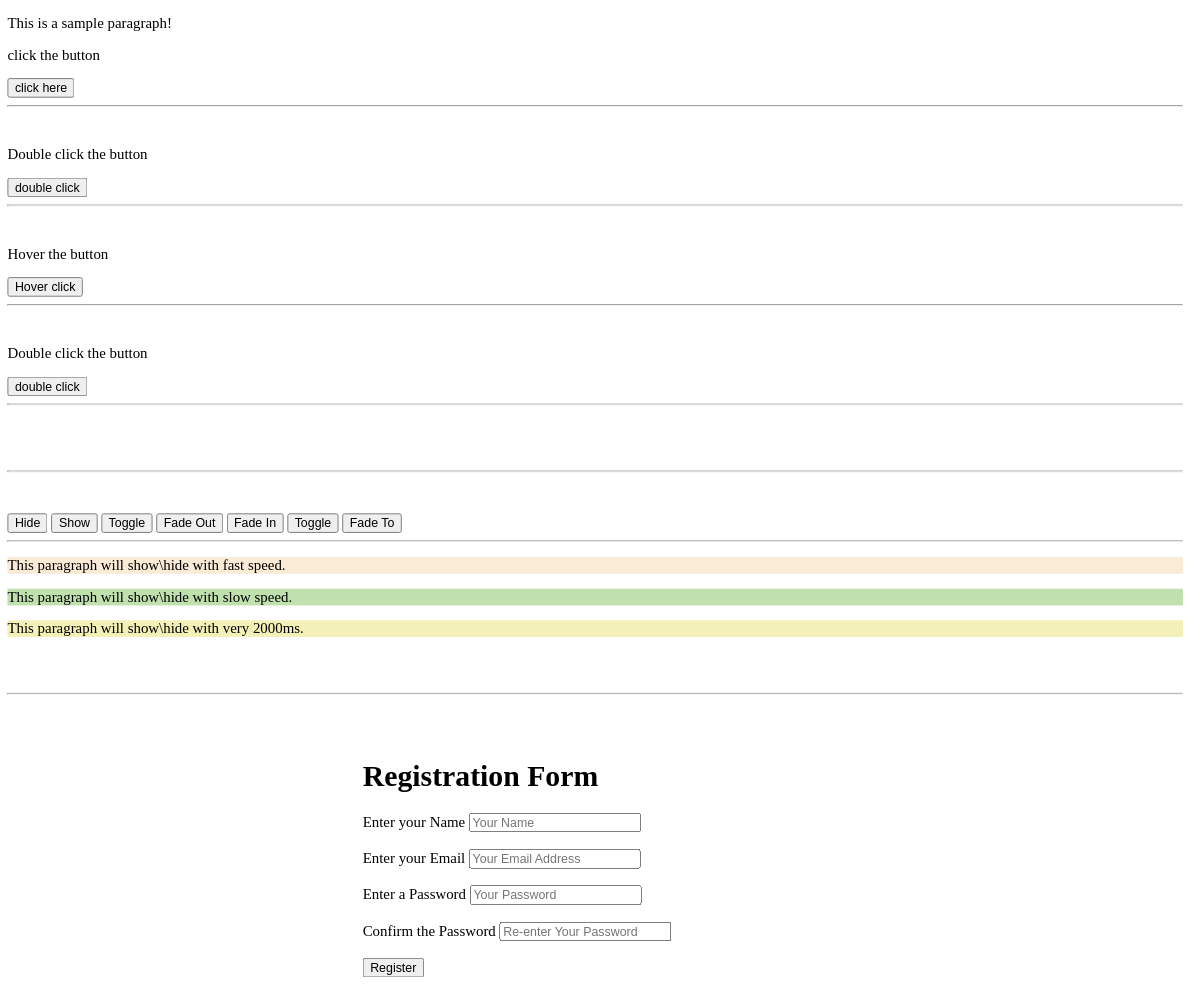
Repository: DhananjayaLakshan/Uom-Web_Design_For_Beginners
Page: Work02/index.html
The author's editor kept a copy of each file at every save. The page is drawn from the files as they stood at one save, then again after the next save.
The browser window is 1280 px wide. The pictures show the whole page, at 93% of full size.

Above is the page before, as saved 2023-12-01 00:00:56.

After the next save:
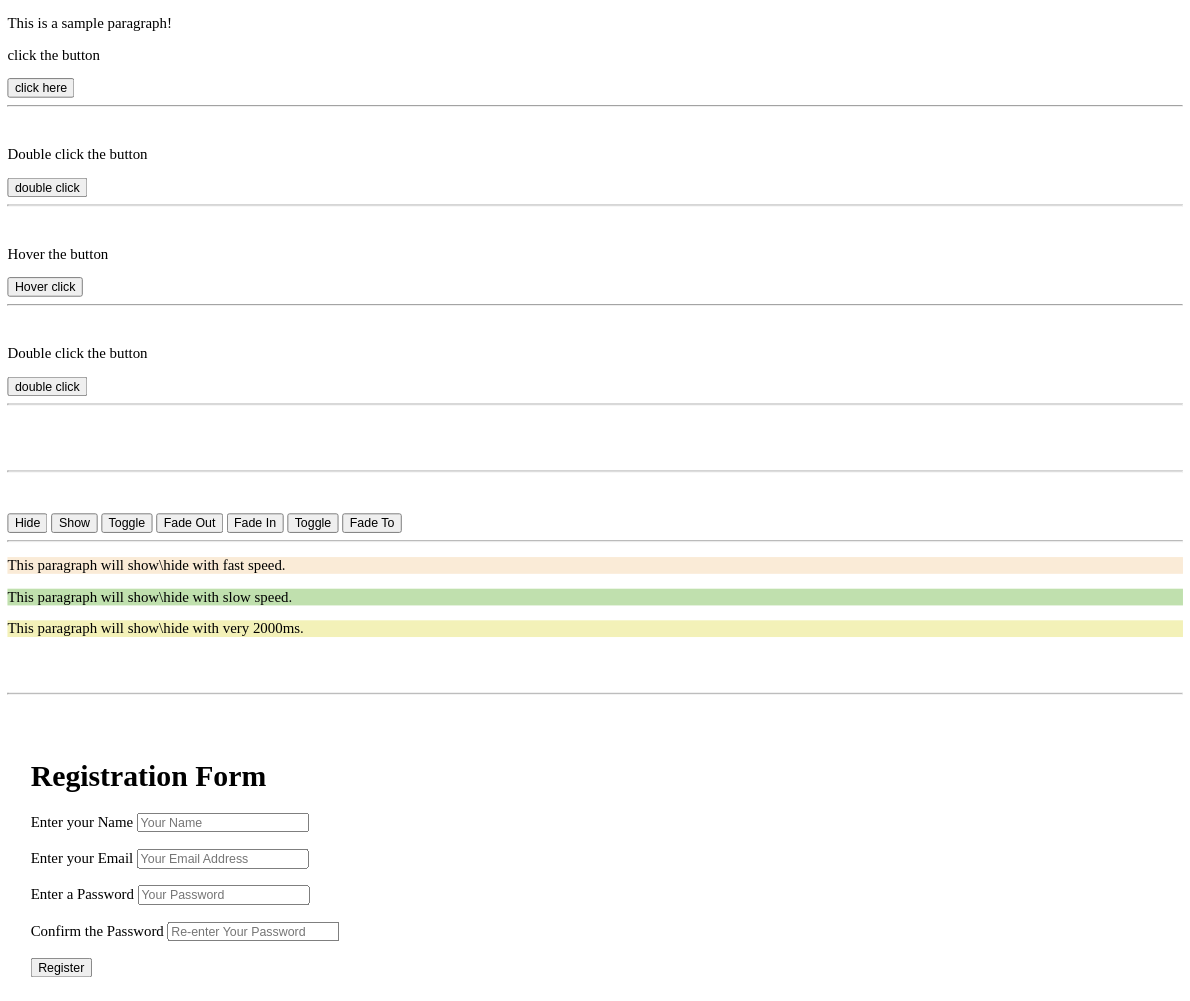
Saved 25 s later.
--- a/Work02/style.css
+++ b/Work02/style.css
@@ -1,4 +1,4 @@
 .container{
     width: 500px;
-    margin: 25px auto;
+    margin: 25px ;
 }

After the save that followed:
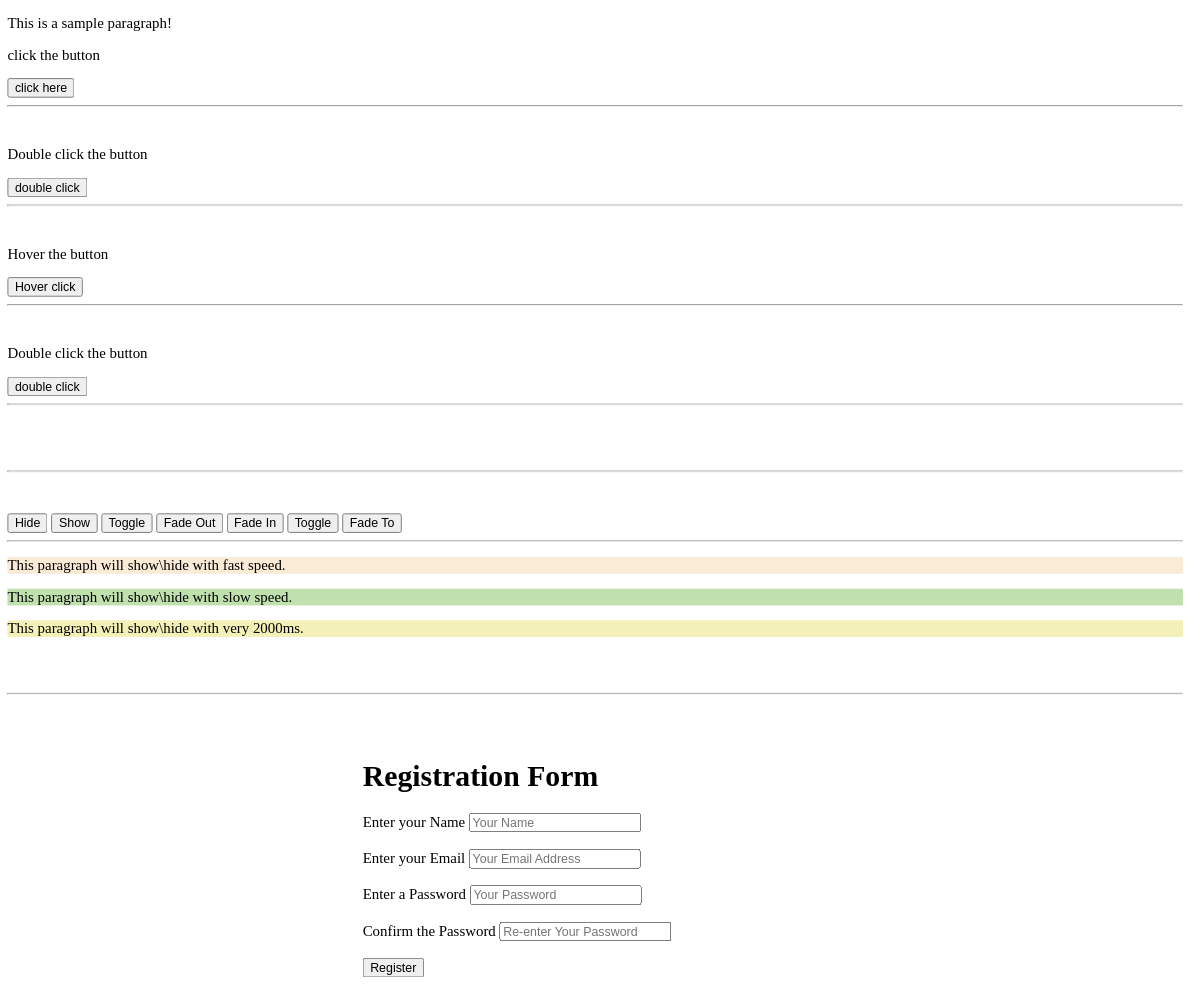
Saved 4 s later.
--- a/Work02/style.css
+++ b/Work02/style.css
@@ -1,4 +1,4 @@
 .container{
     width: 500px;
-    margin: 25px ;
+    margin: 25px auto;
 }
